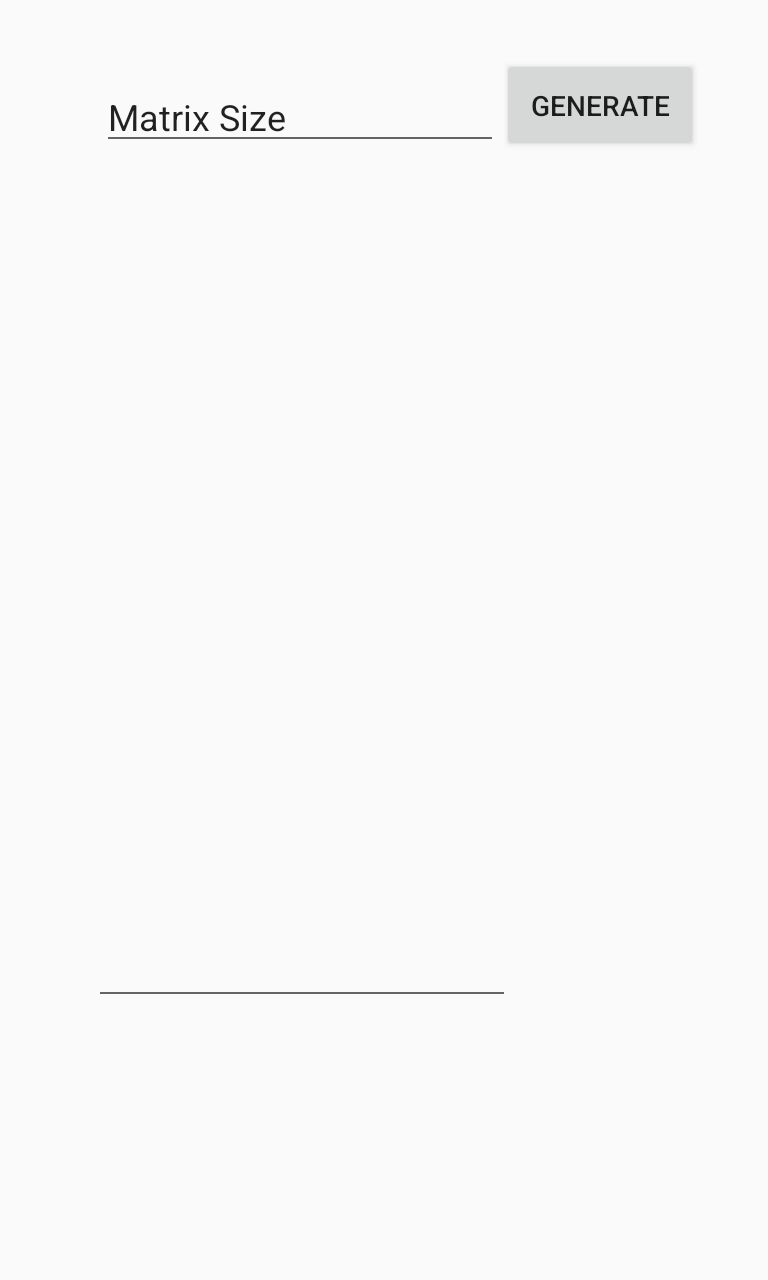
Repository: lhsieh814/ParallelProject
Layout: MatrixManipulation/res/layout/activity_main.xml
The author's editor kept a copy of each file at every save. The layout is drawn from the files as they stood at one save, then again after the next save.
It is drawn on a 768 x 1280 px phone screen (xhdpi) without system bars, with theme AppTheme; the app's code is not run.

Above is the layout before, as saved 2014-11-22 17:15:59.

After the next save:
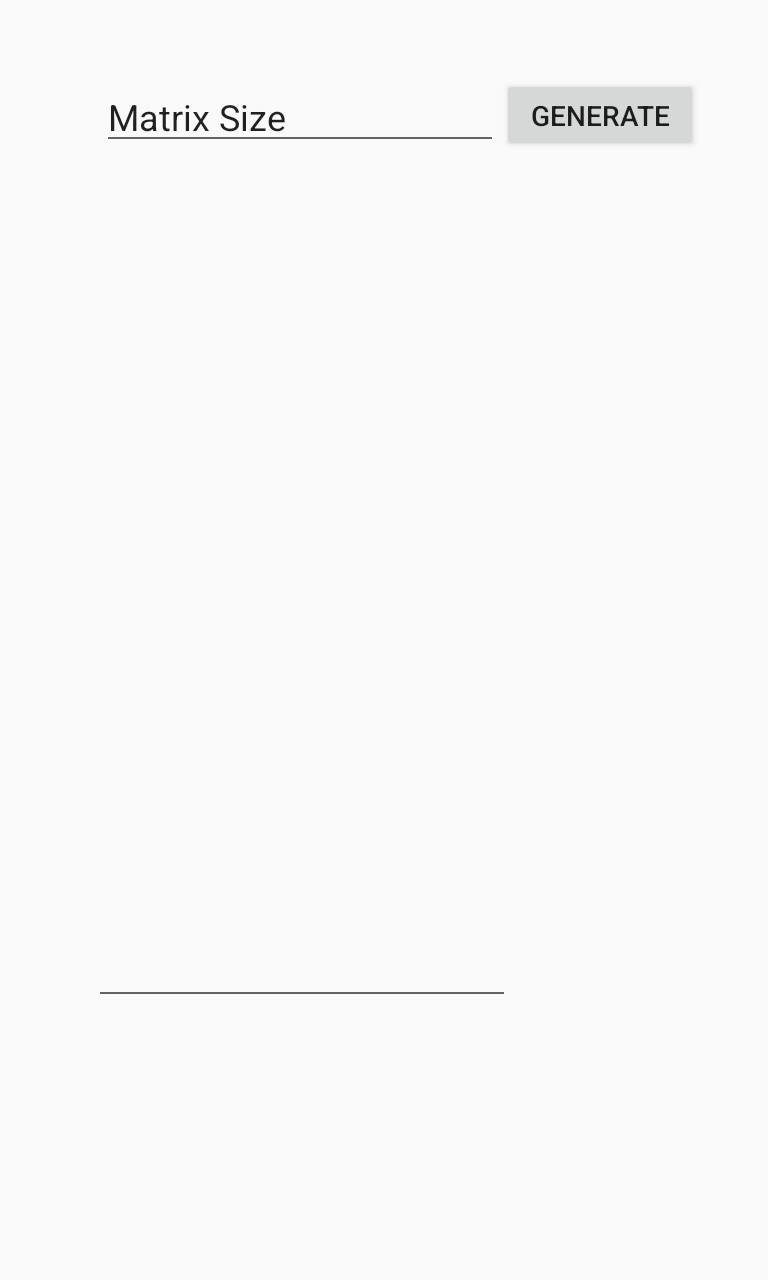
Saved 6 s later.
--- a/MatrixManipulation/res/layout/activity_main.xml
+++ b/MatrixManipulation/res/layout/activity_main.xml
@@ -33,7 +33,7 @@
     <Button
         android:id="@+id/button1"
         android:layout_width="100dp"
-        android:layout_height="50dp"
+        android:layout_height="40dp"
         android:layout_alignBottom="@+id/editText1"
         android:layout_alignParentRight="true"
         android:layout_marginRight="18dp"
